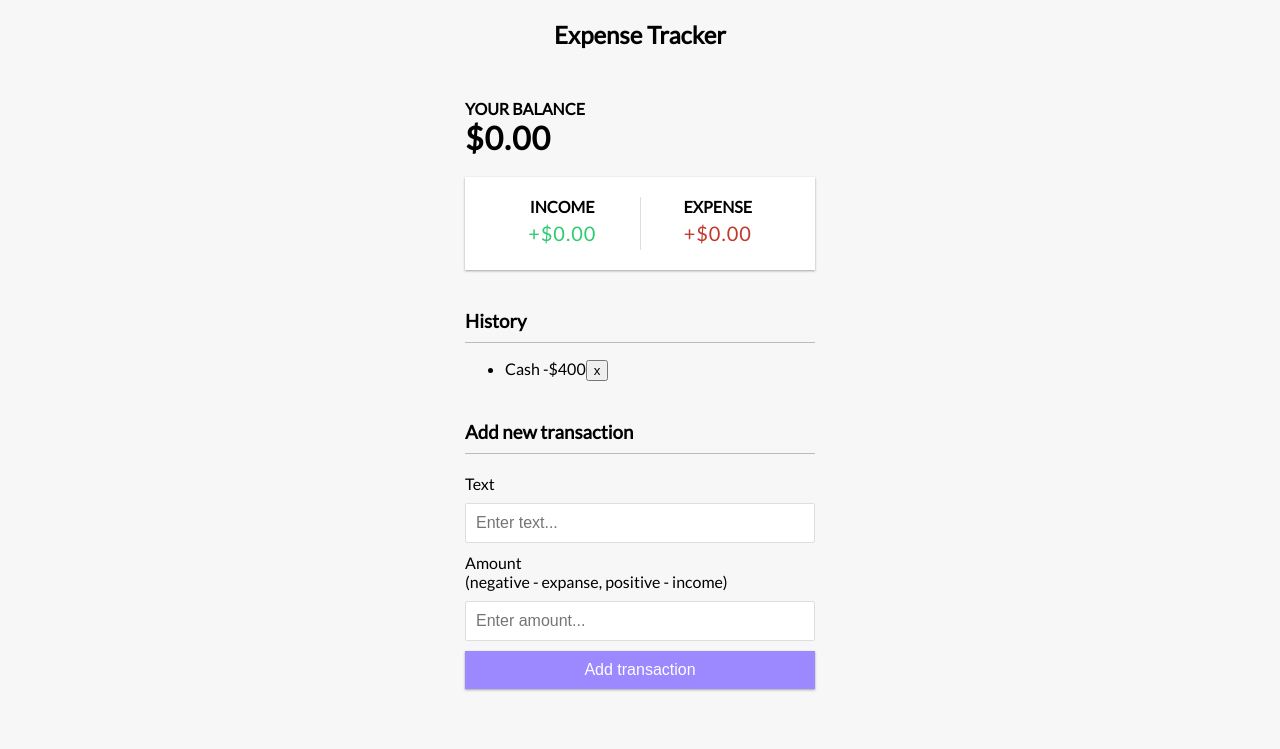
Repository: Youvelop/expenseTracker
Page: index.html
The author's editor kept a copy of each file at every save. The page is drawn from the files as they stood at one save, then again after the next save.
The browser window is 1280 px wide. The pictures show the whole page.

Above is the page before, as saved 2020-06-30 12:56:38.

After the next save:
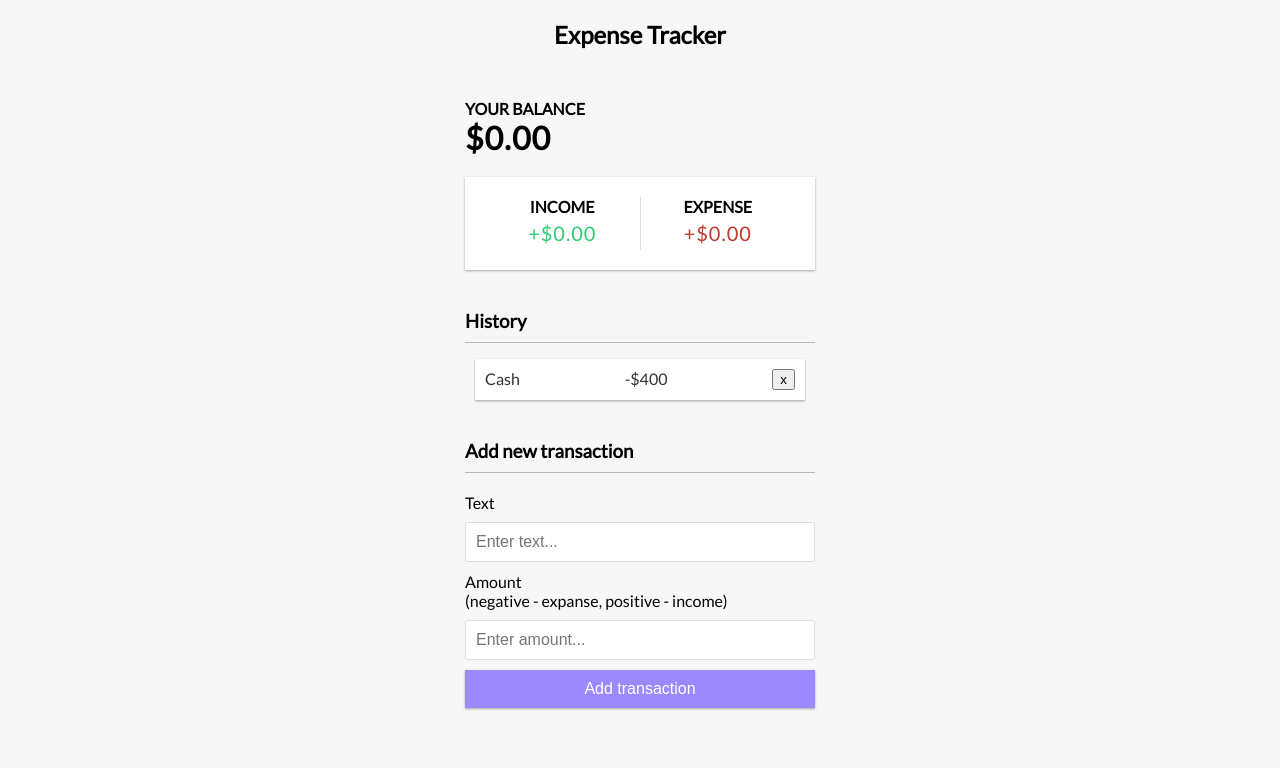
Saved 2 min 57 s later.
--- a/style.css
+++ b/style.css
@@ -96,3 +96,20 @@ input[type='number'] {
   padding: 10px;
   width: 100%;
 }
+
+.list {
+  list-style-type: none;
+  padding: 0;
+  margin-bottom: 40px;
+}
+
+.list li {
+  background-color: white;
+  box-shadow: var(--box-shadow);
+  color: #333;
+  display: flex;
+  justify-content: space-between;
+  position: relative;
+  padding: 10px;
+  margin: 10px;
+}
